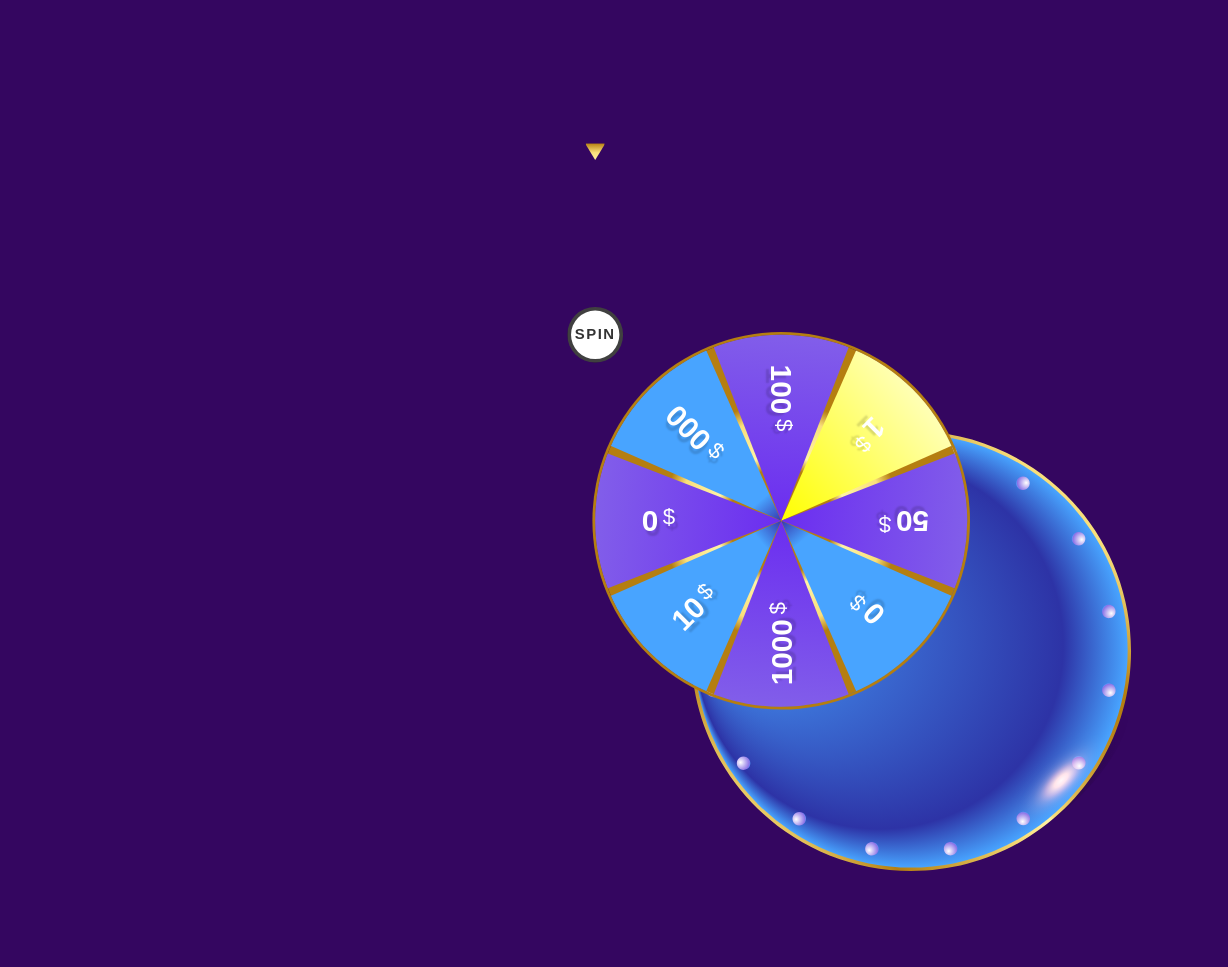
Repository: Jacques-Jaki-Morkel/FundedMarketplace_WheelofFortune
Page: index.html
These files come from the project's save history. The page is drawn as it stood at one moment and after the next save; the edit follows.
The browser window is 1280 px wide. The page is 1320 px wide, then 1280 px, then 1320 px, so the pictures cover 1320 px, including what lies to the right of the window. The pictures show the whole page, at 93% of full size.

Above is the page before, as saved 2025-08-14 13:40:02.

After the next save:
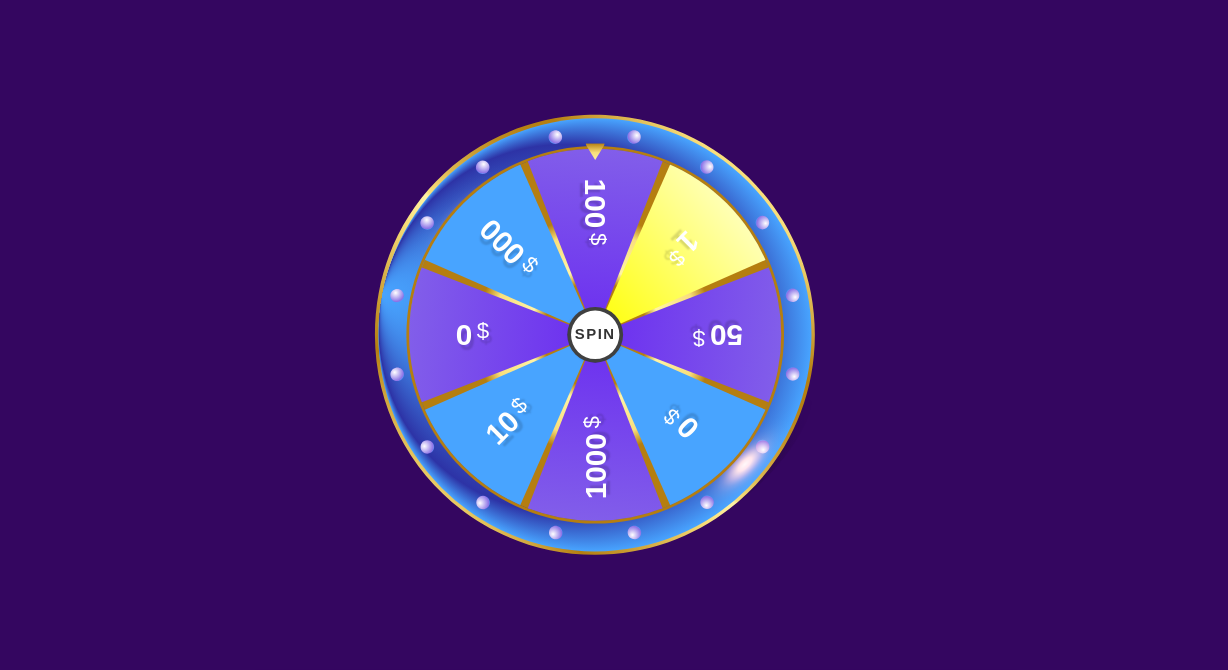
Saved 5 s later.
--- a/styles.css
+++ b/styles.css
@@ -58,7 +58,7 @@
     left: 50%;
     width: 100%;
     height: 100%;
-
+    transform: translate(-50%, -50%);
     border-radius: 50%;
     overflow: hidden; /* keeps slices inside the wheel */
     z-index: 2; /* above frame */
@@ -74,7 +74,7 @@
     left: 50%;
     width: 170%; /* bigger than wheel */
     height: 170%;
-
+    transform: translate(-50%, -50%);
     z-index: 1; /* behind the wheel */
     pointer-events: none; /* allows clicking wheel slices */
 }

After the save that followed:
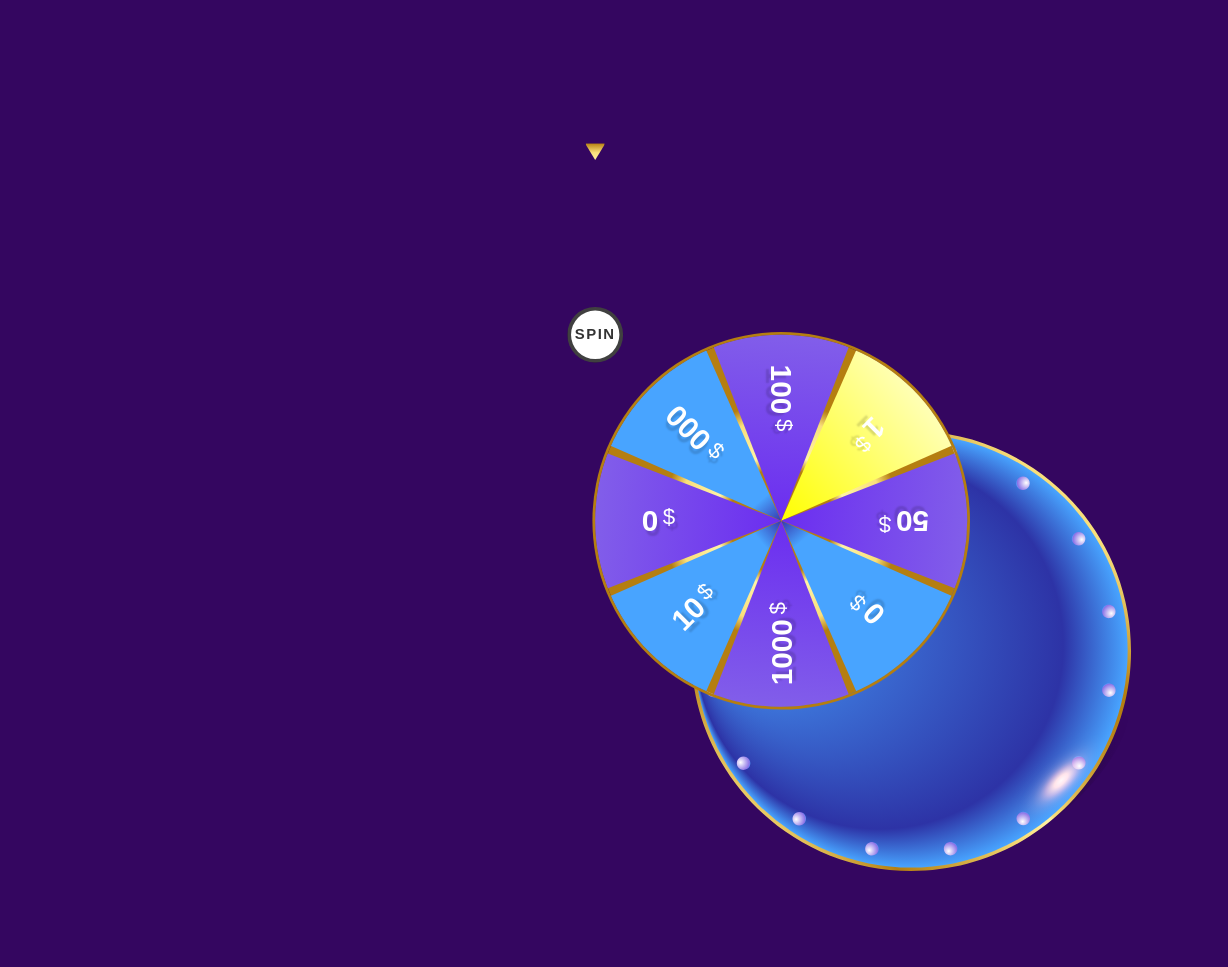
Saved 4 s later.
--- a/styles.css
+++ b/styles.css
@@ -58,7 +58,7 @@
     left: 50%;
     width: 100%;
     height: 100%;
-    transform: translate(-50%, -50%);
+
     border-radius: 50%;
     overflow: hidden; /* keeps slices inside the wheel */
     z-index: 2; /* above frame */
@@ -74,7 +74,7 @@
     left: 50%;
     width: 170%; /* bigger than wheel */
     height: 170%;
-    transform: translate(-50%, -50%);
+
     z-index: 1; /* behind the wheel */
     pointer-events: none; /* allows clicking wheel slices */
 }
